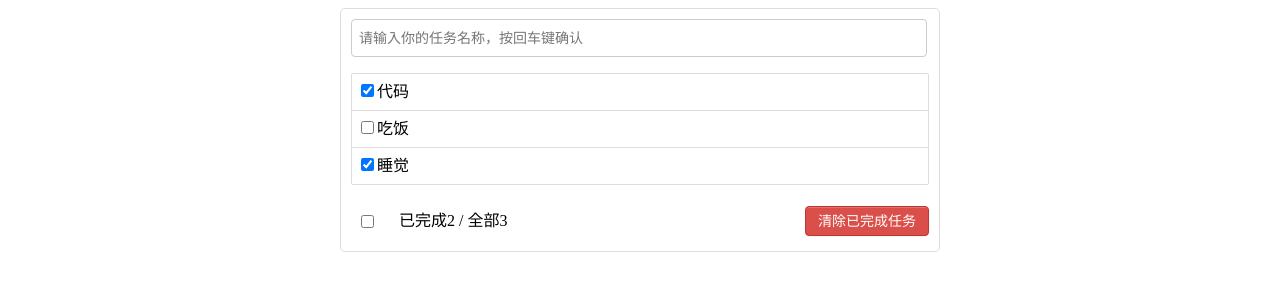
Repository: WAY-C/TodoListAPP
Page: / (app in todo_list/)
These files come from the project's save history. The page is drawn as it stood at one moment and after the next save; the edit follows.
The browser window is 1280 px wide. The pictures show the whole page.
The project was rebuilt for these pictures with package versions that can differ from the ones it lists, and the page was loaded fresh each time.

Above is the page before, as saved 2021-09-09 18:51:15.

After the next save:
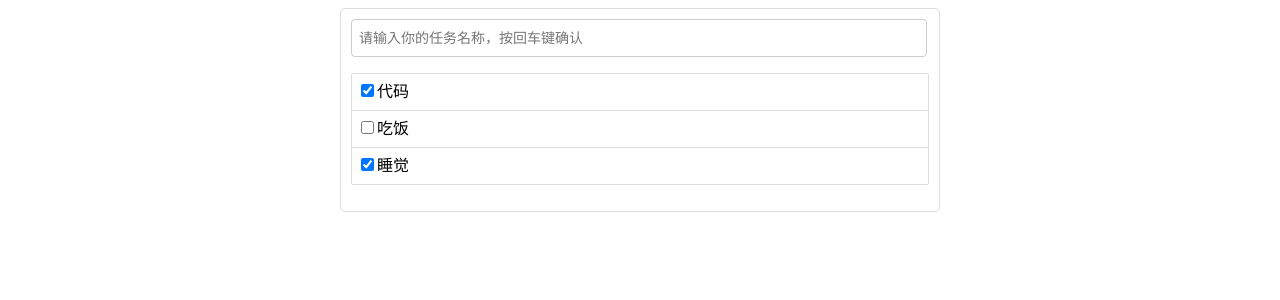
Saved 64 s later.
--- a/todo_list/src/components/TodoFooter.vue
+++ b/todo_list/src/components/TodoFooter.vue
@@ -1,7 +1,7 @@
 <template>
   <div class="todo-footer">
     <label>
-      <input type="checkbox" />
+      <input type="checkbox" v-model="isAll" />
     </label>
     <span>
       <span>已完成{{ doneTotal }}</span> / 全部{{ total }}
@@ -20,6 +20,9 @@
     },
     doneTotal() {
       return this.todos.reduce((pre, cur) => pre + (cur.done ? 1 : 0), 0);
+    },
+    isAll() {
+      return total === doneTotal;
     },
   },
 };

After the save that followed:
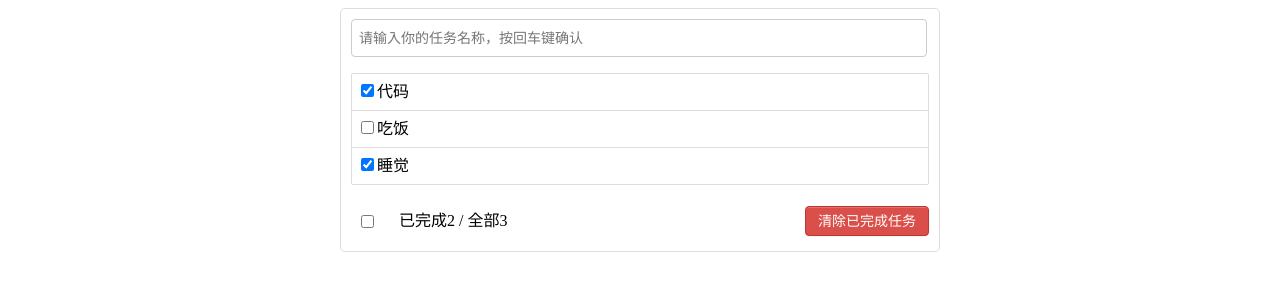
Saved 17 s later.
--- a/todo_list/src/components/TodoFooter.vue
+++ b/todo_list/src/components/TodoFooter.vue
@@ -22,7 +22,7 @@
       return this.todos.reduce((pre, cur) => pre + (cur.done ? 1 : 0), 0);
     },
     isAll() {
-      return total === doneTotal;
+      return this.total === this.doneTotal;
     },
   },
 };
